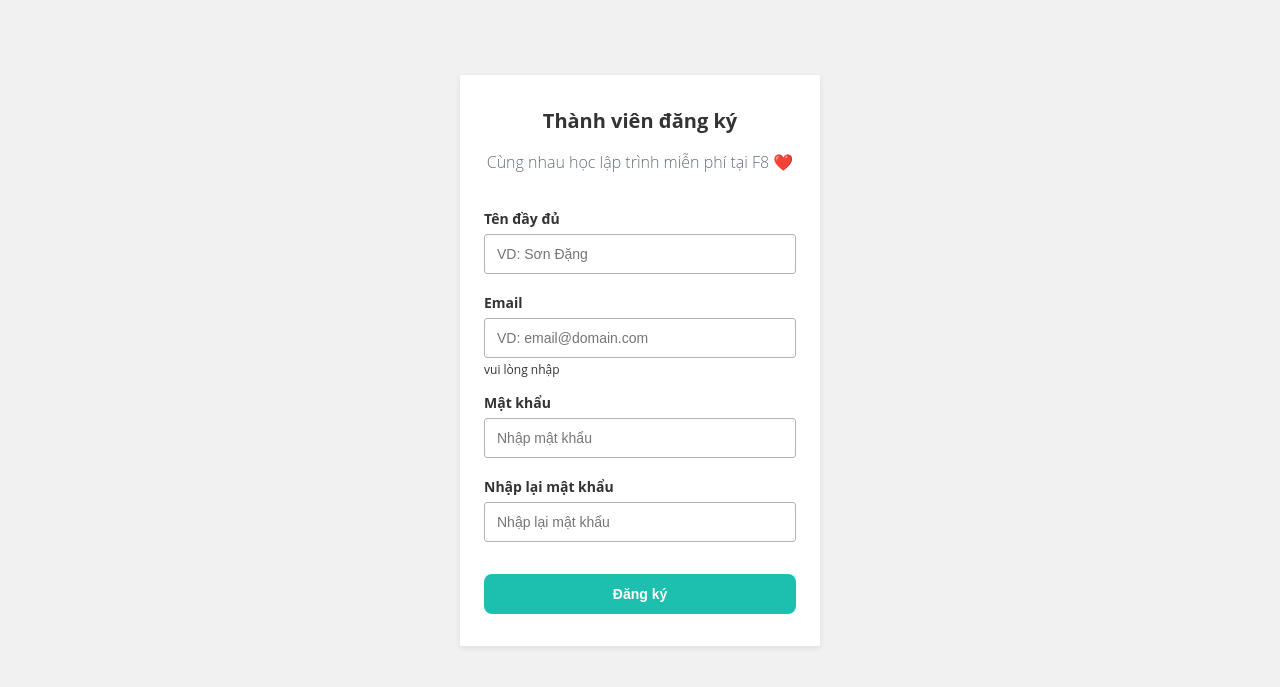
Repository: tatvanhco/from-login
Page: index.html
These files come from the project's save history. The page is drawn as it stood at one moment and after a run of saves; the edit follows.
The browser window is 1280 px wide. The pictures show the whole page.

Above is the page before, as saved 2022-06-22 11:09:41.

### index.html
<!DOCTYPE html>
<html lang="en">
<head>
    <meta charset="UTF-8">
    <meta http-equiv="X-UA-Compatible" content="IE=edge">
    <meta name="viewport" content="width=device-width, initial-scale=1.0">
    <link rel="stylesheet" href="./asset/css/style.css">
    <title>Document</title>
</head>
<body>
    <div class="main">

        <form action="" method="POST" class="form" id="form-1">
          <h3 class="heading">Thành viên đăng ký</h3>
          <p class="desc">Cùng nhau học lập trình miễn phí tại F8 ❤️</p>

          <div class="spacer"></div>

          <div class="form-group">
            <label for="fullname" class="form-label">Tên đầy đủ</label>
            <input id="fullname" name="fullname" type="text" placeholder="VD: Sơn Đặng" class="form-control">
            <span class="form-message"></span>
          </div>

          <div class="form-group">
            <label for="email" class="form-label">Email</label>
            <input id="email" name="email" type="text" placeholder="VD: email@domain.com" class="form-control">
            <span class="form-message">vui lòng nhập </span>
          </div>

          <div class="form-group">
            <label for="password" class="form-label">Mật khẩu</label>
            <input id="password" name="password" type="password" placeholder="Nhập mật khẩu" class="form-control">
            <span class="form-message"></span>
          </div>

          <div class="form-group">
            <label for="password_confirmation" class="form-label">Nhập lại mật khẩu</label>
            <input id="password_confirmation" name="password_confirmation" placeholder="Nhập lại mật khẩu" type="password" class="form-control">
            <span class="form-message"></span>
          </div>

          <button class="form-submit">Đăng ký</button>
        </form>

      </div>
      <script src="./asset/js/index.js"></script>
</body>
</html>

### asset/css/style.css
* {
    padding: 0;
    margin: 0;
    box-sizing: border-box;
  }
  html {
    color: #333;
    font-size: 62.5%;
    font-family: "Open Sans", sans-serif;
  }
  .main {
    background: #f1f1f1;
    min-height: 100vh;
    display: flex;
    justify-content: center;
  }
  .form {
    width: 360px;
    min-height: 100px;
    padding: 32px 24px;
    text-align: center;
    background: #fff;
    border-radius: 2px;
    margin: 24px;
    align-self: center;
    box-shadow: 0 2px 5px 0 rgba(51, 62, 73, 0.1);
  }
  .form .heading {
    font-size: 2rem;
  }
  .form .desc {
    text-align: center;
    color: #636d77;
    font-size: 1.6rem;
    font-weight: lighter;
    line-height: 2.4rem;
    margin-top: 16px;
    font-weight: 300;
  }

  .form-group {
    display: flex;
    margin-bottom: 16px;
    flex-direction: column;
  }

  .form-label,
  .form-message {
    text-align: left;
  }

  .form-label {
    font-weight: 700;
    padding-bottom: 6px;
    line-height: 1.8rem;
    font-size: 1.4rem;
  }

  .form-control {
    height: 40px;
    padding: 8px 12px;
    border: 1px solid #b3b3b3;
    border-radius: 3px;
    outline: none;
    font-size: 1.4rem;
  }

  .form-control:hover {
    border-color: #1dbfaf;
  }

  .form-group.invalid .form-control {
    border-color: #f33a58;
  }

  .form-group.invalid .form-message {
    color: #f33a58;
  }

  .form-message {
    font-size: 1.2rem;
    line-height: 1.6rem;
    padding: 4px 0 0;
  }

  .form-submit {
    outline: none;
    background-color: #1dbfaf;
    margin-top: 12px;
    padding: 12px 16px;
    font-weight: 600;
    color: #fff;
    border: none;
    width: 100%;
    font-size: 14px;
    border-radius: 8px;
    cursor: pointer;
  }

  .form-submit:hover {
    background-color: #1ac7b6;
  }

  .spacer {
    margin-top: 36px;
  }

Loaded but not shown: asset/js/index.js (no copy from this time; the picture is the same without it)

After the next 3 saves:
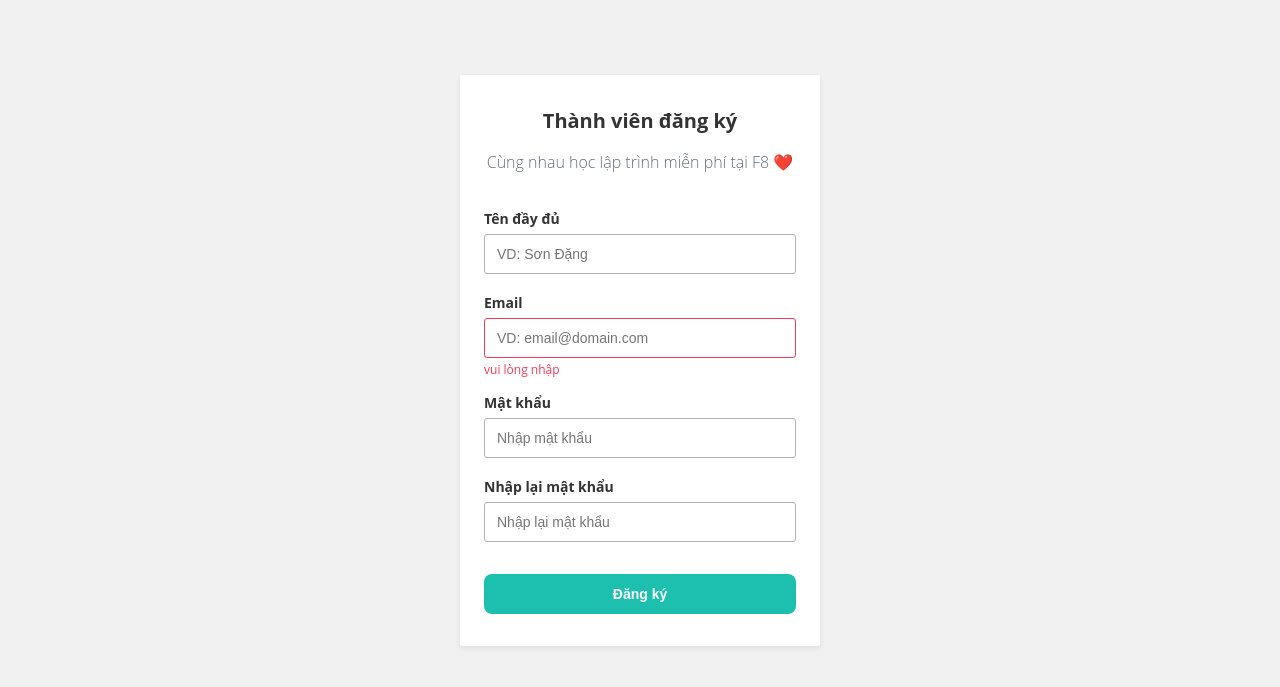
The 3 saves are shown as one change because they came seconds apart.
The last was saved 18 s later.
--- a/index.html
+++ b/index.html
@@ -22,7 +22,7 @@
             <span class="form-message"></span>
           </div>
 
-          <div class="form-group">
+          <div class="form-group invalid">
             <label for="email" class="form-label">Email</label>
             <input id="email" name="email" type="text" placeholder="VD: email@domain.com" class="form-control">
             <span class="form-message">vui lòng nhập </span>
